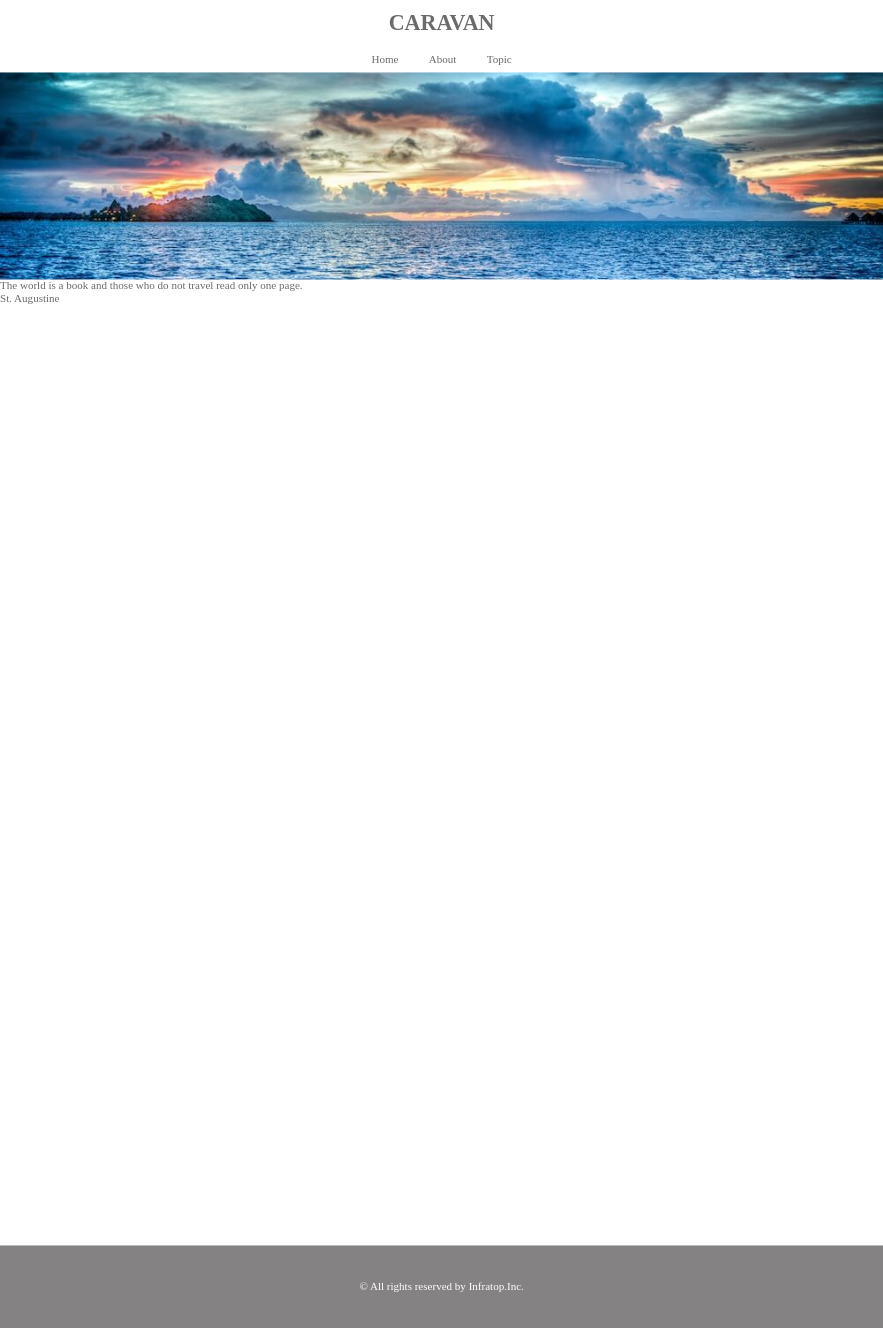
Repository: RAM-OK/git-practice
Page: caravan/index.html
The author's editor kept a record of every edit. The page is drawn from the files as they stood at one moment, then again after the next edit.
The browser window is 1280 px wide. The pictures show the whole page, at 69% of full size.

Above is the page before.

### caravan/index.html
<!DOCTYPE html>
<html lang="ja">
  <head>
    <meta charset="UTF-8" />
    <!-- CSSファイルの読み込み -->
    <link rel="stylesheet" href="style.css" />
    <title>CARAVAN</title>
  </head>

  <body>
    <!-- header -->
    <header>
      <h1 class="heading">
        <a href="index.html">
          CARAVAN
        </a>
      </h1>
    </header>

    <!-- navigation -->
    <nav>
      <ul class="nav-list">
        <li class="nav-list-item">
          <a href="index.html">Home</a>
        </li>
        <li class="nav-list-item">About</li>
        <li class="nav-list-item">Topic</li>
        </ul>
    </nav>

    <!-- main-visual用のdiv -->
    <div class="main-visual">
      <div class="main-visual-content"></div>
    <!-- pタグ（と文字）を追加-->
    <p class="main-visual-text">
      The world is a book and those who do not travel read only one page.
    </p>
    <p class="main-visual-name">
      St. Augustine
    </p>
    </div>

    <!-- main用のdiv -->
    <div class="main">
      <div class="blog"></div>
      <div class="sidebar"></div>
    </div>

    <!-- footer -->
    <footer>
      <p class="footer-text">︎© All rights reserved by Infratop.Inc. </p>
    </footer>
  </body>
</html>

### caravan/style.css
/* ブラウザがそれぞれ持っているCSSをリセットするための記述 */
* {
  margin: 0;
  padding: 0;
  box-sizing: border-box;
  color: #6c6b6b;
}

a {
  text-decoration: none;
}

header {
  width: 90%; /* 横幅90% */
  padding: 15px 0;
  margin: 0 auto;
  text-align: center;
}

header .heading { /* headerタグ内のheadingクラスにのみ反映される */
 font-size: 32px;
}

.nav-list {
  text-align: center;
  padding: 10px 0;
  margin: 0 auto;
}

.nav-list-item {
  list-style: none;
  display: inline-block;
  margin: 0 20px;
}

.main-visual {
  width: 100%; /* 横幅いっぱい */
  height: 300px; /* 高さ300px */
  background-image: url(img/mv.jpg);
  background-size: cover; /* 縦横比を維持したまま背景領域を埋め尽くす */
  background-position: center; /* 背景画像を中央に配置 */
}

.main-visual-content {
  width: 350px; /* 横幅350px */
  height: 300px; /* 親の高さに揃える */
}

.main {
  width: 840px; /* 横幅840px */
  display: flex; /* Flexboxの利用 */
  justify-content: center; /* 子要素の横並び・中央寄せ */
  margin: 0 auto; /* 中央寄せ （左右の余白がないとできない） */
}

.blog {
  width: 600px; /* 横幅600px */
  height: 1400px; /* 高さ1400px */
}

.sidebar {
  width: 240px; /* 横幅240px */
  height: 1400px; /* 高さ1400px */
}

footer {
  width: 100%;
  height: 120px;
  text-align: center;
  line-height: 120px;
  background-color: #848282;
}

.footer-text {
  color: #fff;
}

After the next edit:
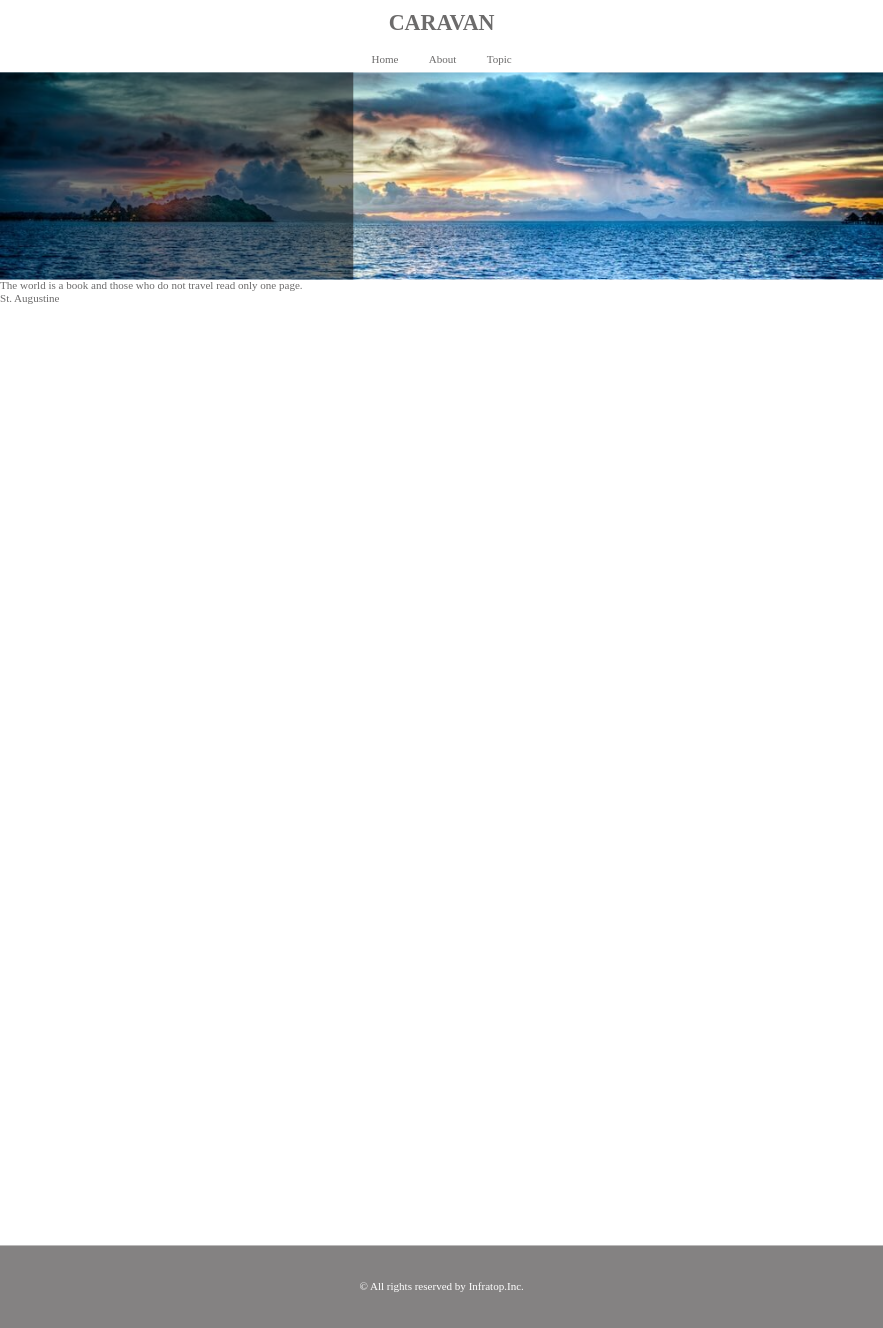
The edit:
--- a/caravan/style.css
+++ b/caravan/style.css
@@ -42,8 +42,11 @@
 }
 
 .main-visual-content {
-  width: 350px; /* 横幅350px */
+  width: 40%; /* 横幅40% */
   height: 300px; /* 親の高さに揃える */
+  background-color: rgba(0,0,0,0.5); /* 背景色を半透明の黒にする */
+  text-align: center; /* 文字を中央揃えにする */
+  padding-top: 105px; /* 上側の内側余白で垂直方向の位置を調整 */
 }
 
 .main {
